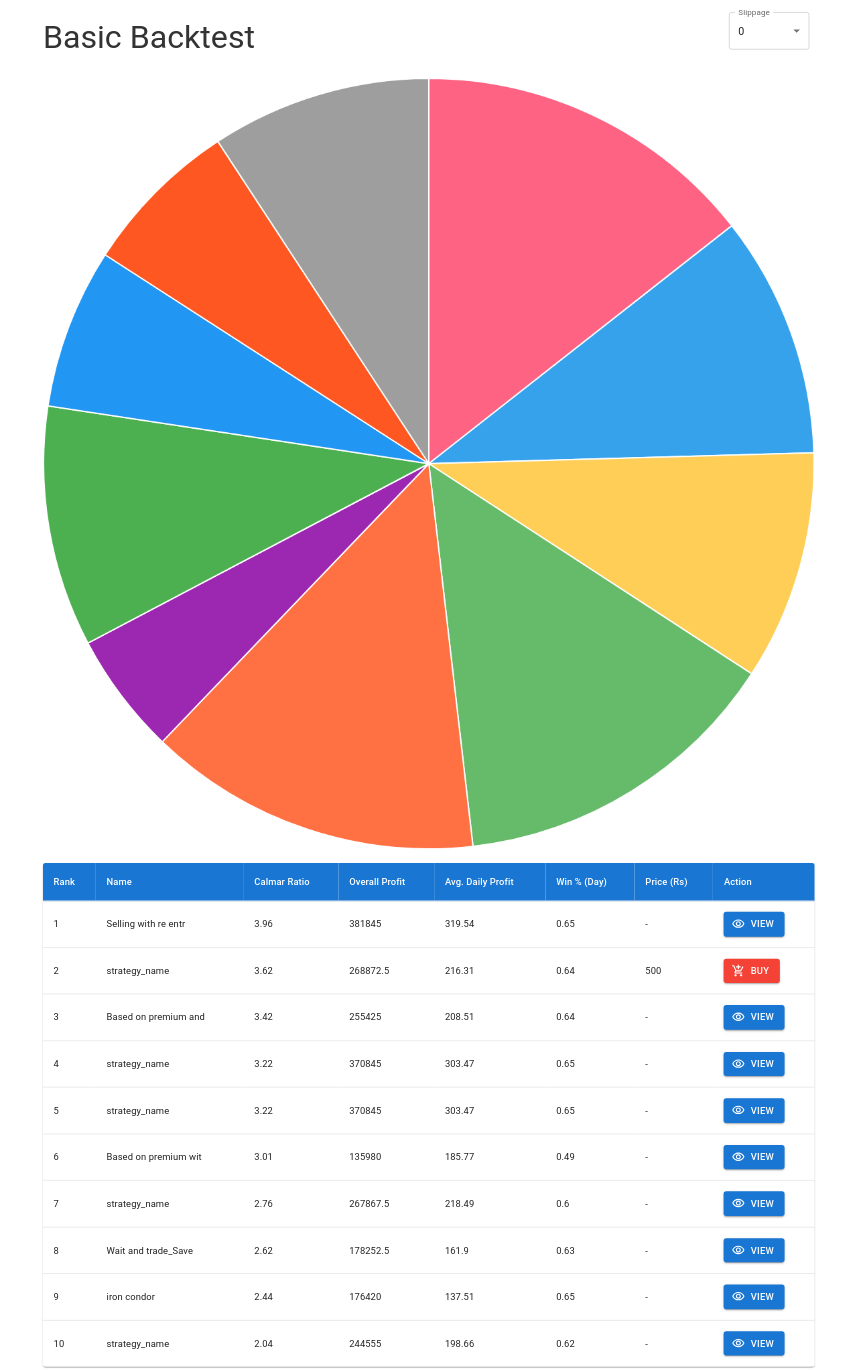
Repository: PraTEEkgUpTa2/Leaderboard
Page: /
The author's editor kept a copy of each file at every save. The page is drawn from the files as they stood at one save, then again after the next save.
The browser window is 1280 px wide. The pictures show the whole page, at 67% of full size.
The project was rebuilt for these pictures with package versions that can differ from the ones it lists, and the page was loaded fresh each time. Also part of the build but not shown: src/App.css.

Above is the page before, as saved 2024-05-27 15:40:43.

After the next save:
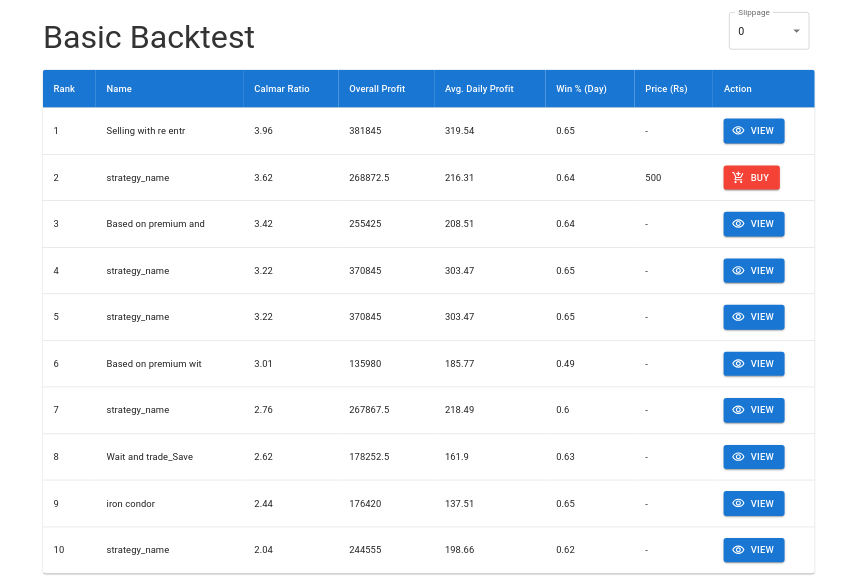
Saved 4 min 22 s later.
--- a/src/Leaderboard.js
+++ b/src/Leaderboard.js
@@ -1,6 +1,6 @@
-import React from 'react';
+import React, { useState } from 'react';
 import data from './data.json';
-import { Container, Table, TableBody, TableCell, TableContainer, TableHead, TableRow, Paper, Button, Typography, FormControl, InputLabel, Select, MenuItem, Box } from '@mui/material';
+import { Container, Table, TableBody, TableCell, TableContainer, TableHead, TableRow, Paper, Button, Typography, FormControl, InputLabel, Select, MenuItem, Box, Card } from '@mui/material';
 import { VisibilityOutlined, AddShoppingCartOutlined } from '@mui/icons-material';
 import { styled } from '@mui/system';
 import { Pie } from 'react-chartjs-2';
@@ -46,36 +46,32 @@ const HoverTableRow = styled(TableRow)(({ theme }) => ({
 }));
 
 const Leaderboard = () => {
+  const [selectedRow, setSelectedRow] = useState(null);
+
   // Prepare data for the pie chart
   const chartData = {
-    labels: data.map(item => item.Name),
+    labels: selectedRow ? ['Calmar Ratio', 'Overall Profit', 'Avg. Daily Profit', 'Win % (Day)', 'Price (Rs)'] : [],
     datasets: [{
-      data: data.map(item => item["Overall Profit"]),
+      data: selectedRow ? [selectedRow["Calmar Ratio"], selectedRow["Overall Profit"], selectedRow["Avg. Daily Profit"], selectedRow["Win %(Day)"], selectedRow["Price (Rs)"]] : [],
       backgroundColor: [
         '#FF6384',
         '#36A2EB',
         '#FFCE56',
         '#66BB6A',
-        '#FF7043',
-        '#9C27B0',
-        '#4CAF50',
-        '#2196F3',
-        '#FF5722',
-        '#9E9E9E'
+        '#FF7043'
       ],
       hoverBackgroundColor: [
         '#FF6384',
         '#36A2EB',
         '#FFCE56',
         '#66BB6A',
-        '#FF7043',
-        '#9C27B0',
-        '#4CAF50',
-        '#2196F3',
-        '#FF5722',
-        '#9E9E9E'
+        '#FF7043'
       ]
     }]
+  };
+
+  const handleRowClick = (rowData) => {
+    setSelectedRow(rowData);
   };
 
   return (
@@ -98,9 +94,6 @@ const Leaderboard = () => {
           </Select>
         </FormControl>
       </Box>
-      <Box display="flex" justifyContent="center" alignItems="center" mt={4}>
-        <Pie data={chartData} />
-      </Box>
       <TableContainer component={Paper} style={{ marginTop: '20px' }}>
         <Table aria-label="leaderboard table">
           <StyledTableHead>
@@ -117,7 +110,7 @@ const Leaderboard = () => {
           </StyledTableHead>
           <TableBody>
             {data.map((row) => (
-              <HoverTableRow key={row.Rank}>
+              <HoverTableRow key={row.Rank} onClick={() => handleRowClick(row)}>
                 <TableCell>{row.Rank}</TableCell>
                 <TableCell>{row.Name}</TableCell>
                 <TableCell>{row["Calmar Ratio"]}</TableCell>
@@ -141,6 +134,14 @@ const Leaderboard = () => {
           </TableBody>
         </Table>
       </TableContainer>
+      {selectedRow && (
+        <Card style={{ marginTop: '20px', padding: '20px' }}>
+          <Typography variant="h6" gutterBottom>
+            {selectedRow.Name}
+          </Typography>
+          <Pie data={chartData} />
+        </Card>
+      )}
     </Container>
   );
 };
